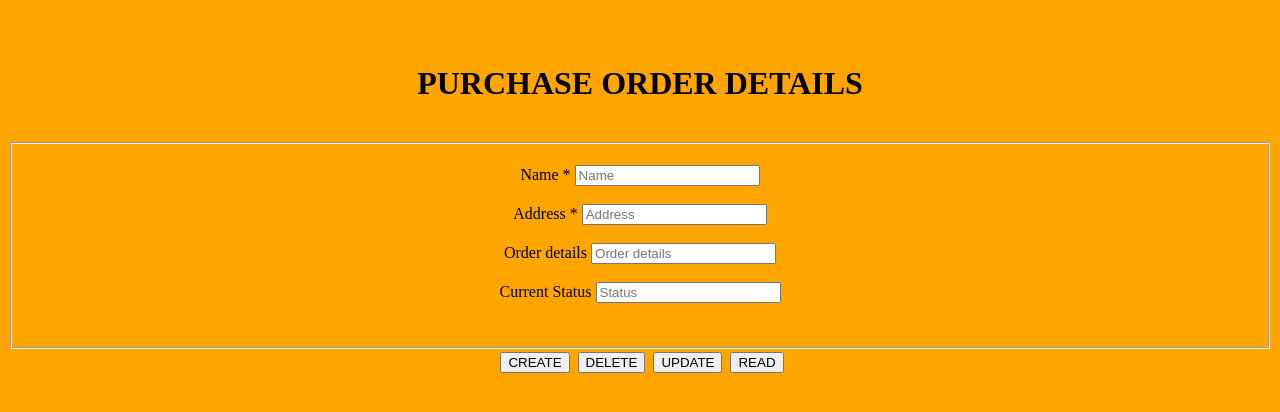
Repository: dhanasekar13/servlet
Page: shooping1/war/first.html
The author's editor kept a copy of each file at every save. The page is drawn from the files as they stood at one save, then again after the next save.
The browser window is 1280 px wide. The pictures show the whole page.

Above is the page before, as saved 2017-05-10 10:49:49.

### shooping1/war/first.html
<!DOCTYPE html PUBLIC "-//W3C//DTD HTML 4.01 Transitional//EN" "http://www.w3.org/TR/html4/loose.dtd">

<html>
<body bgcolor="orange">
<center>
<form action="Shooping1" method="get">

<br>
<br>
<h1>PURCHASE ORDER DETAILS</h1>
<br>
  <fieldset>
  <p>
     <label>Name *</label>
   <input type="text" id="firstname" name="firstname" placeholder="Name" required />

 <br><br>
   <label>Address *</label>
   <input type="text" id="lastname" name="lastname" placeholder="Address" required />
  <br><br>
   <label>Order details </label>
   <input type="text" id="lastname" name="order" placeholder="Order details" />
  <br><br>
   <label>Current Status </label>
   <input type="text" id="lastname" name="status" placeholder="Status"/>
  <br>
<br></p>
</fieldset>
<table>
<tr>
<td><input type="hidden" name="hide" value="1"></td>
<td><input type="submit" value="CREATE" /></td>

<td><input type="hidden" name="hide" value="2"></td>
<td><input type="submit" value="DELETE" /></td>

<td><input type="hidden" name="hide" value="3"></td>
<td><input type="submit" value="UPDATE" /></td>

<td><input type="hidden" name="hide" value="4"></td>
<td><input type="submit" value="READ" /></td>
</tr>
</table>
</form></center>

</body>

</html>

After the next save:
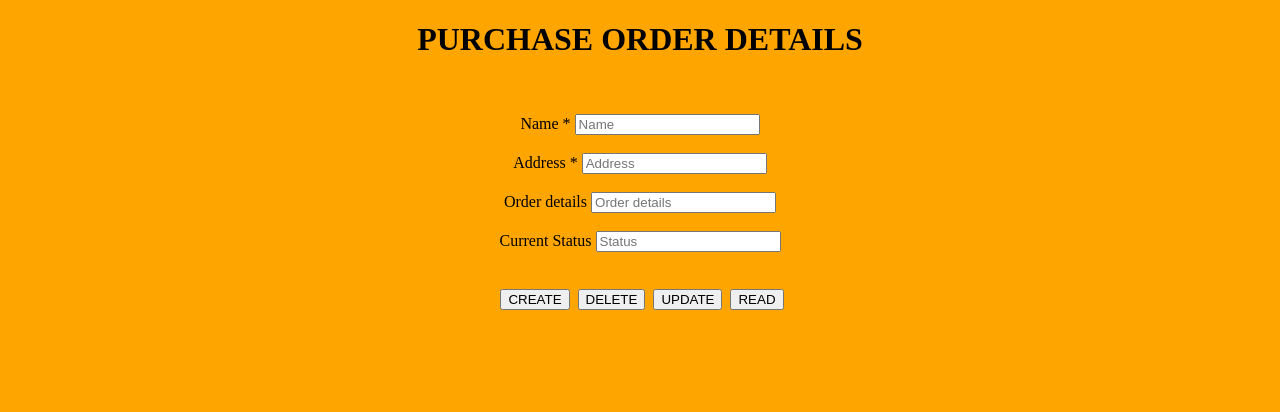
Saved 41 s later.
--- a/shooping1/war/first.html
+++ b/shooping1/war/first.html
@@ -5,11 +5,9 @@
 <center>
 <form action="Shooping1" method="get">
 
-<br>
-<br>
 <h1>PURCHASE ORDER DETAILS</h1>
 <br>
-  <fieldset>
+
   <p>
      <label>Name *</label>
    <input type="text" id="firstname" name="firstname" placeholder="Name" required />
@@ -25,7 +23,7 @@
    <input type="text" id="lastname" name="status" placeholder="Status"/>
   <br>
 <br></p>
-</fieldset>
+
 <table>
 <tr>
 <td><input type="hidden" name="hide" value="1"></td>
